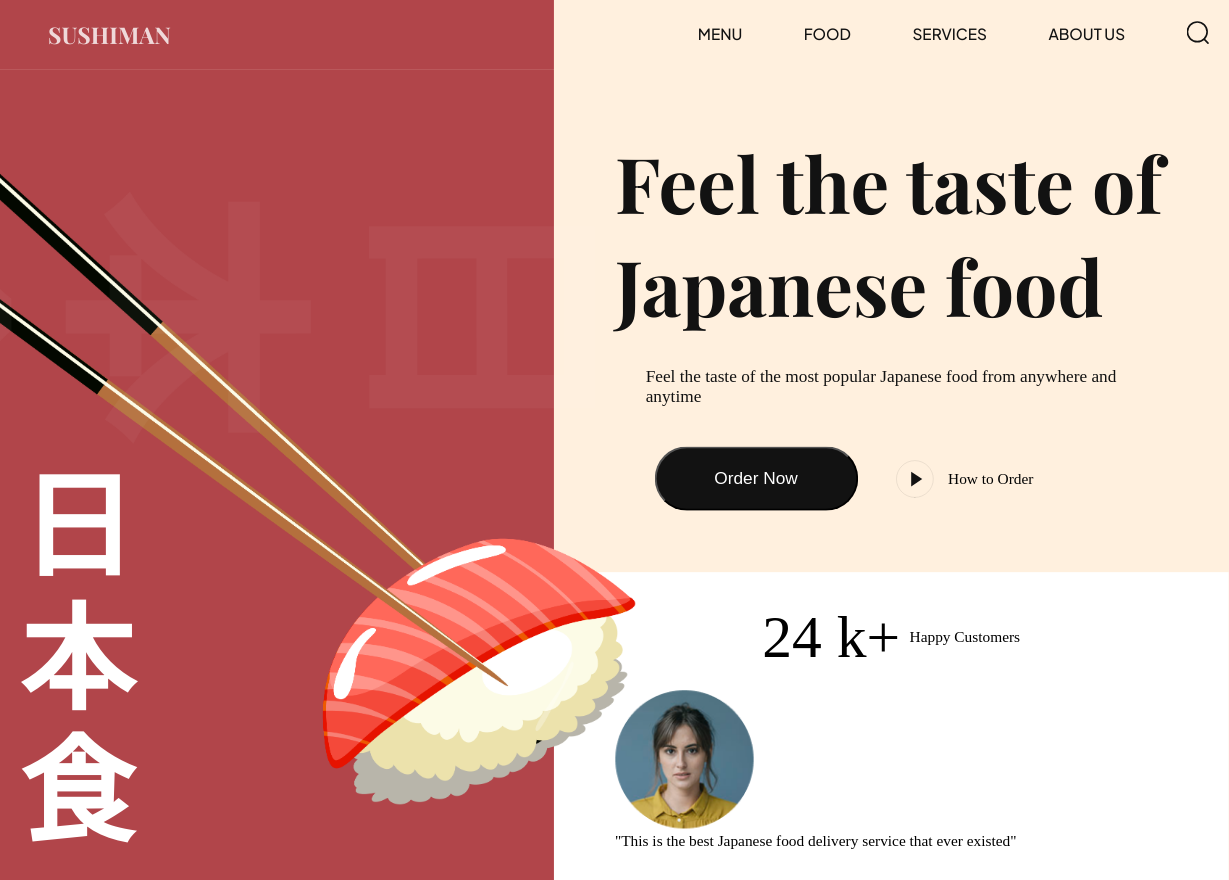
Repository: echoyol/sushiWebsite
Page: index.html
The author's editor kept a copy of each file at every save. The page is drawn from the files as they stood at one save, then again after the next save.
The browser window is 1280 px wide. The pictures show the whole page, at 96% of full size.

Above is the page before, as saved 2023-06-02 07:25:21.

After the next save:
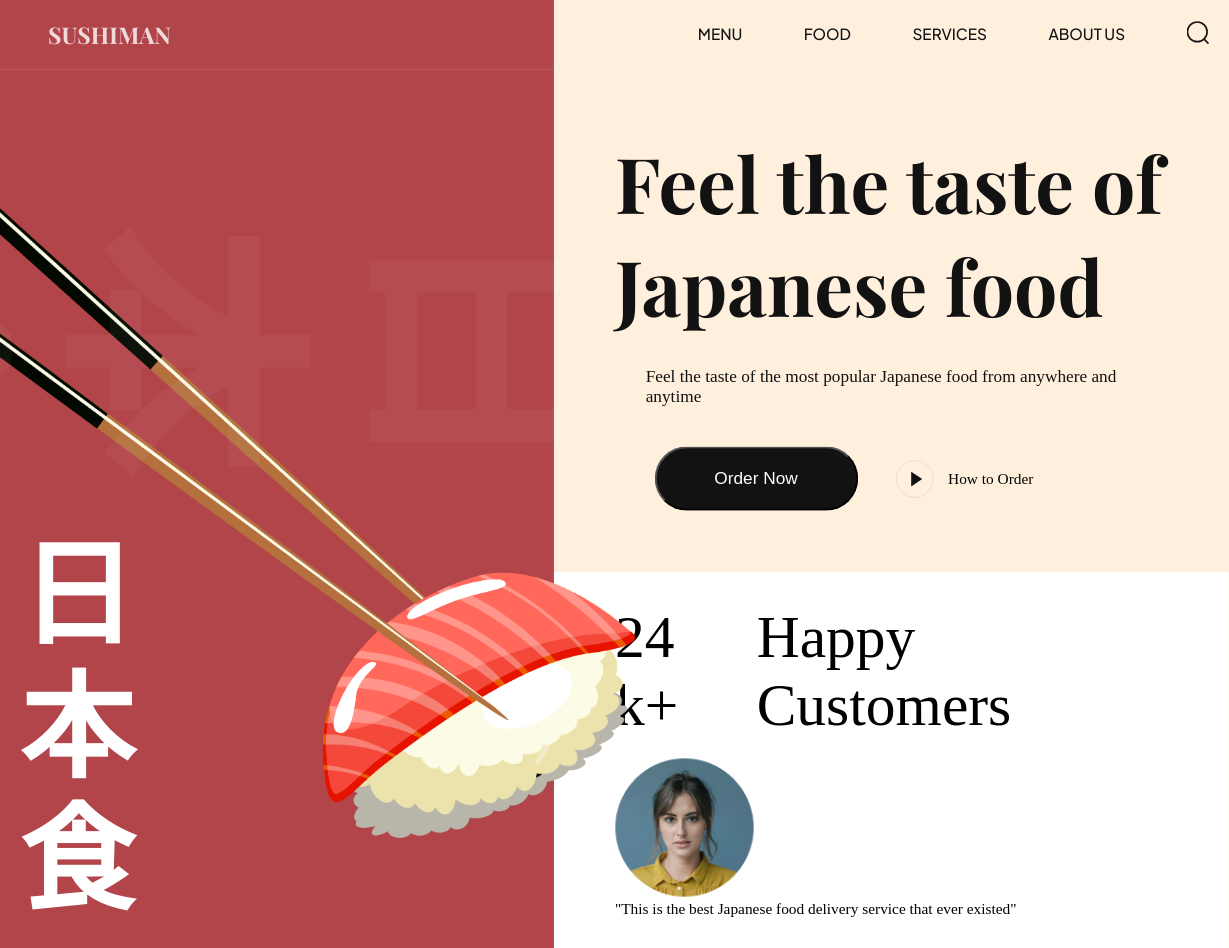
Saved 81 s later.
--- a/css/sections/hero.css
+++ b/css/sections/hero.css
@@ -131,3 +131,9 @@
   font-weight: 400;
   font-family: var(--playfair-diaplay);
 }
+
+.hero-content__customer p {
+  font-size: 62px;
+  font-weight: 400;
+  font-family: var(--playfair-diaplay);
+}
